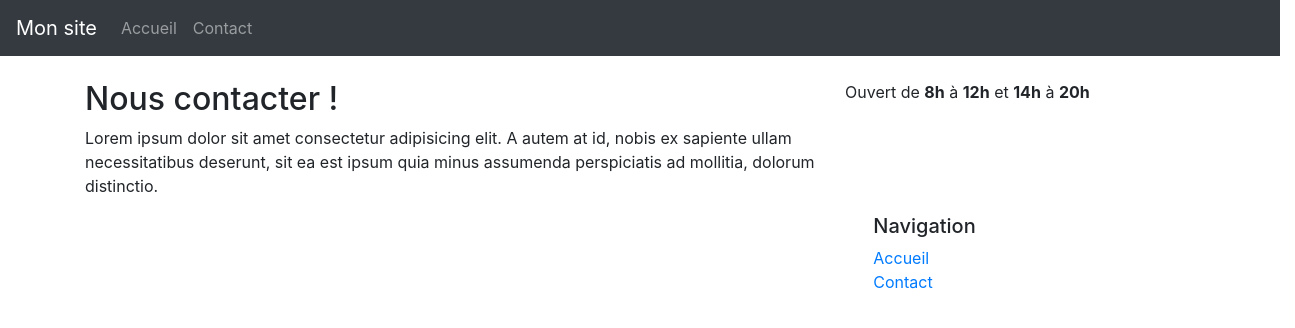
Repository: Alex-Serky/Backend_PHP
Page: http://localhost/contact.php
The author's editor kept a copy of each file at every save. The page is drawn from the files as they stood at one save, then again after the next save.
The browser window is 1280 px wide. The page is 1295 px wide, so the pictures cover 1295 px, including what lies to the right of the window. The pictures show the whole page.
Some web libraries are served in a nearby version. The page is run by PHP 8.4 with error messages shown; the project is at /var/www/html/.

Above is the page before, as saved 2020-07-20 19:43:58.

### contact.php
<?php

$title = 'Nous contacter !';
require_once 'config.php';
require_once 'functions.php';
$creneaux = creneaux_html(CRENEAUX);
require 'header.php';

?>

<div class="row">
    <div class="col-md-8">
        <h2>Nous contacter !</h2>
        <p>
            Lorem ipsum dolor sit amet consectetur adipisicing elit. A autem at id,
            nobis ex sapiente ullam necessitatibus deserunt, sit ea est ipsum quia minus
            assumenda perspiciatis ad mollitia, dolorum distinctio.
        </p>
    </div>
    <div class="col-md-4">
        <?= $creneaux ?>
    </div>

</div>

<?php require 'footer.php'; ?>

### config.php
<?php

define('CRENEAUX', [
    [8, 12],
    [14, 20]
]);

### functions.php
<?php

function nav_item(string $lien, string $titre, string $linkClass = ''): string
{
    $classe = 'nav-item';
    if ($_SERVER['SCRIPT_NAME'] === $lien) {
        $classe .= ' active';
    }
    return <<<HTML
        <li class="$classe">
            <a class="$linkClass" href="$lien">$titre</a>
        </li>
HTML;
}

function nav_menu(string $linkClass = ''): string
{
    return
        nav_item('/Backend_PHP/index.php', 'Accueil', $linkClass) .
        nav_item('/Backend_PHP/contact.php', 'Contact', $linkClass);
}

function dump($variable){
    echo '<pre>';
        var_dump($variable);
    echo '</pre>';
}

function creneaux_html($creneaux){
    $phrases = [];
    foreach ($creneaux as $creneau) {
        $phrases[] = "
            <strong>{$creneau[0]}h</strong>
            à
            <strong>{$creneau[1]}h</strong>
            ";
    }
    return 'Ouvert de ' . implode(' et ', $phrases);
}

### header.php
<?php

require_once 'functions.php';

?>

<!doctype html>
<html lang="en">

<head>
    <meta charset="utf-8">
    <meta name="viewport" content="width=device-width, initial-scale=1, shrink-to-fit=no">
    <meta name="description" content="">
    <meta name="author" content="">
    <link rel="icon" href="/docs/4.0/assets/img/favicons/favicon.ico">

    <title>
        <?php if(isset($title)): ?>
            <?= $title; ?>
        <?php else: ?>
            Mon site
        <?php endif; ?>
    </title>

    <!-- Bootstrap core CSS -->
    <link rel="stylesheet" href="https://stackpath.bootstrapcdn.com/bootstrap/4.5.0/css/bootstrap.min.css" integrity="sha384-9aIt2nRpC12Uk9gS9baDl411NQApFmC26EwAOH8WgZl5MYYxFfc+NcPb1dKGj7Sk" crossorigin="anonymous">

</head>

<body>

    <nav class="navbar navbar-expand-md navbar-dark bg-dark mb-4">
        <a class="navbar-brand" href="#">Mon site</a>
        <button class="navbar-toggler" type="button"
                data-toggle="collapse" data-target="#navbarsExampleDefault"
                aria-controls="navbarsExampleDefault" aria-expanded="false"
                aria-label="Toggle navigation">
            <span class="navbar-toggler-icon"></span>
        </button>

        <div class="collapse navbar-collapse"
            id="navbarsExampleDefault">
            <ul class="navbar-nav mr-auto">
                <?= nav_menu('nav-link'); ?>
            </ul>
        </div>
    </nav>

    <main role="main" class="container">

### footer.php
</main><!-- /.container -->

<div class="row">
<div class="col-md-4"></div>
<div class="col-md-4"></div>
<div class="col-md-4">
    <h5>Navigation</h5>
    <ul class="list-unstyled text-small">
        <?= nav_menu(); ?>
    </ul>
</div>
</div>

<script src="https://code.jquery.com/jquery-3.2.1.slim.min.js" integrity="sha384-KJ3o2DKtIkvYIK3UENzmM7KCkRr/rE9/Qpg6aAZGJwFDMVNA/GpGFF93hXpG5KkN" crossorigin="anonymous"></script>
<script src="https://cdnjs.cloudflare.com/ajax/libs/popper.js/1.12.9/umd/popper.min.js" integrity="sha384-ApNbgh9B+Y1QKtv3Rn7W3mgPxhU9K/ScQsAP7hUibX39j7fakFPskvXusvfa0b4Q" crossorigin="anonymous"></script>
<script src="https://maxcdn.bootstrapcdn.com/bootstrap/4.0.0/js/bootstrap.min.js" integrity="sha384-JZR6Spejh4U02d8jOt6vLEHfe/JQGiRRSQQxSfFWpi1MquVdAyjUar5+76PVCmYl" crossorigin="anonymous"></script>
</body>

</html>

After the next save:
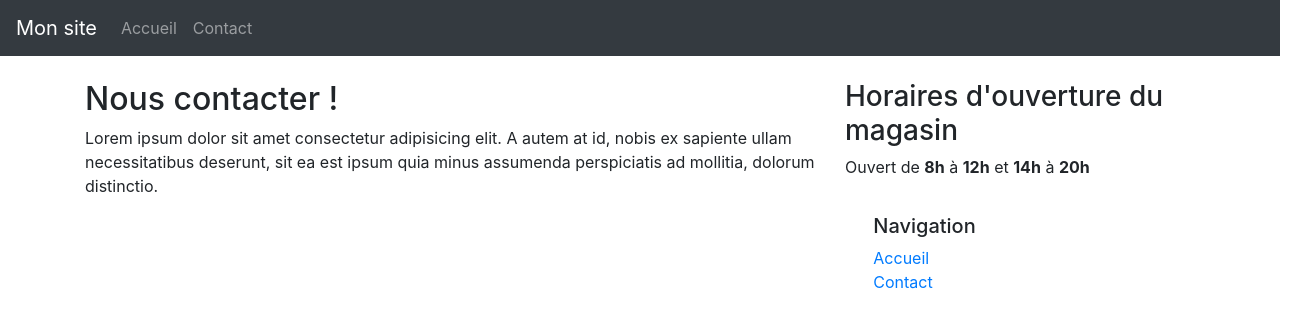
Saved 68 s later.
--- a/contact.php
+++ b/contact.php
@@ -18,6 +18,7 @@ require 'header.php';
         </p>
     </div>
     <div class="col-md-4">
+        <h3>Horaires d'ouverture du magasin</h3>
         <?= $creneaux ?>
     </div>
 
